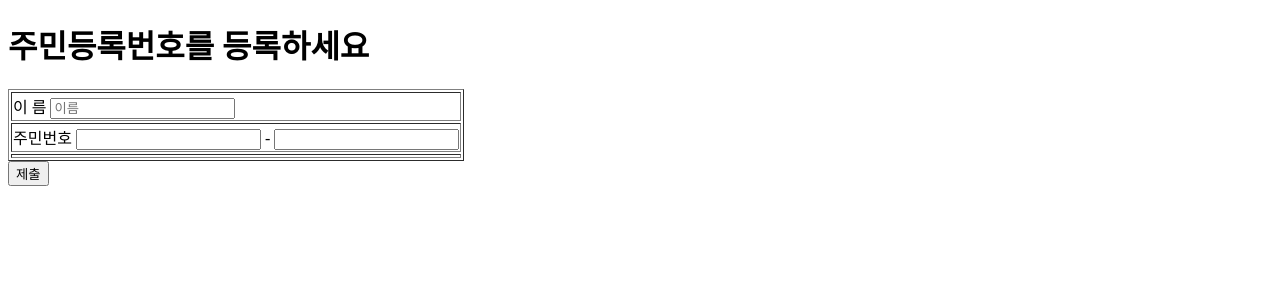
Repository: Jamikidu/newJsp
Page: http://localhost/jspProj/redirectExam/input.jsp
These files come from the project's save history. The page is drawn as it stood at one moment and after the next save; the edit follows.
The browser window is 1280 px wide. The pictures show the whole page.
The page is served by Tomcat 9. Other server files are loaded and not shown.

Above is the page before, as saved 2023-08-02 11:20:18.

### jspProj/src/main/webapp/redirectExam/input.jsp
<%@ page language="java" contentType="text/html; charset=UTF-8"
    pageEncoding="UTF-8"%>
<!DOCTYPE html>
<html>
<head>
<meta charset="UTF-8">
<title>주민등록번호</title>
</head>
<body>
<h1>주민등록번호를 등록하세요</h1>
<form action="output.jsp" method="post">
<table border="">
	<tr>
		<td>이 름 <input type="text" name="name" placeholder="이름"></td>
	</tr>
	<tr>
		<td>주민번호 <input type="text" name="frontNum"> - <input type="text" name="backNum"></td>
	</tr>
	<tr>
		<td></td>
	</tr>
</table>



<button type="submit">제출</button>
</form>
</body>
</html>

After the next save:
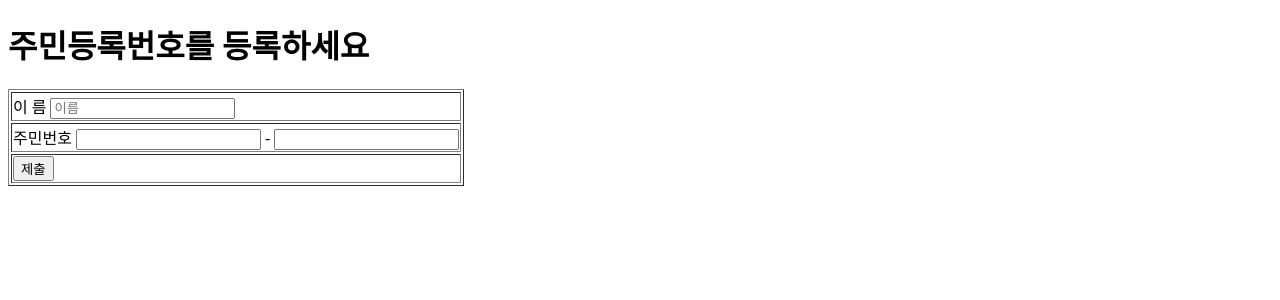
Saved 7 s later.
--- a/jspProj/src/main/webapp/redirectExam/input.jsp
+++ b/jspProj/src/main/webapp/redirectExam/input.jsp
@@ -17,13 +17,13 @@
 		<td>주민번호 <input type="text" name="frontNum"> - <input type="text" name="backNum"></td>
 	</tr>
 	<tr>
-		<td></td>
+		<td><button type="submit">제출</button></td>
 	</tr>
 </table>
 
 
 
-<button type="submit">제출</button>
+
 </form>
 </body>
 </html>
